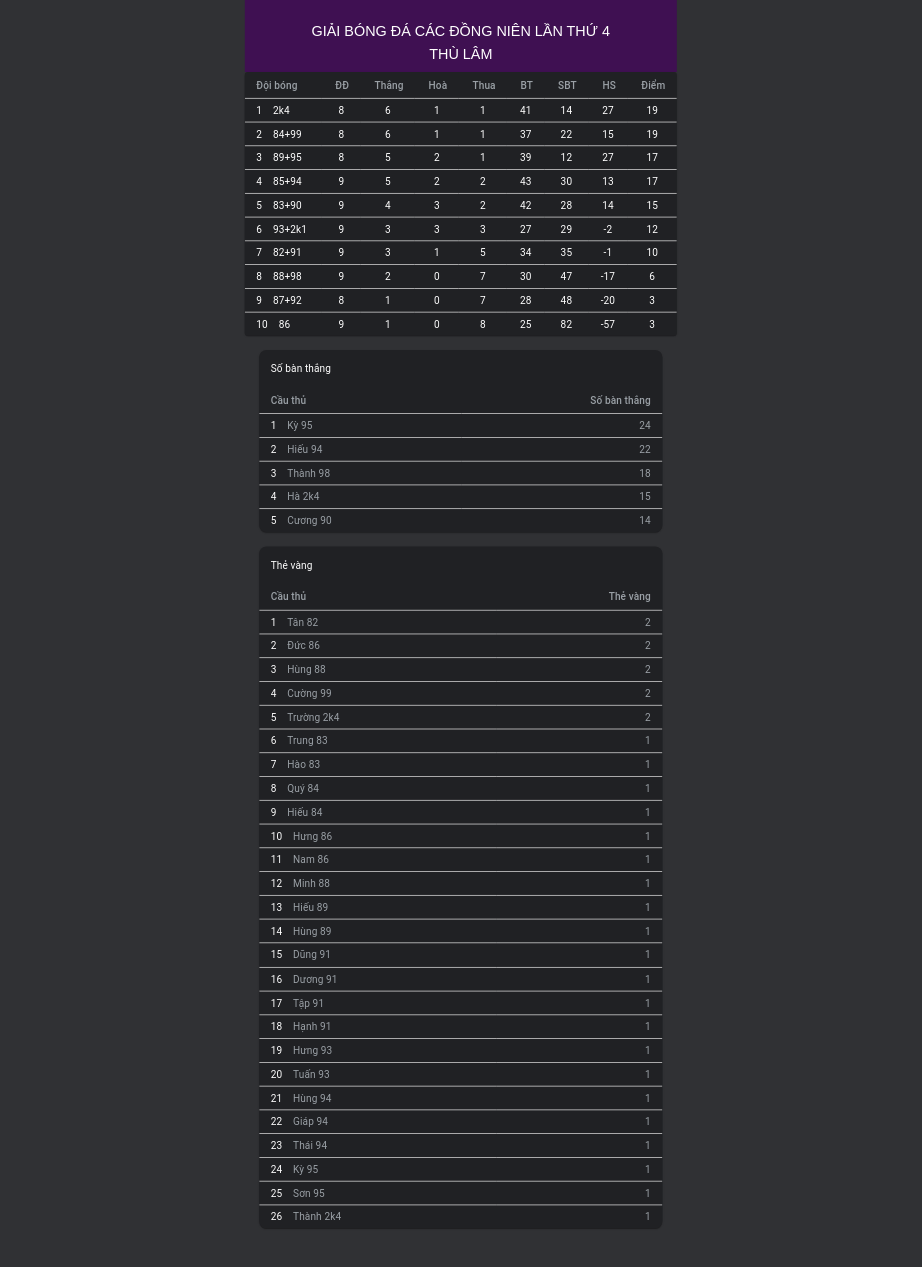
Repository: tuan842001/thulam
Page: /
The author's editor kept a copy of each file at every save. The page is drawn from the files as they stood at one save, then again after the next save.
The browser window is 1280 px wide. The pictures show the whole page, at 72% of full size.
The project was rebuilt for these pictures with package versions that can differ from the ones it lists, and the page was loaded fresh each time.

Above is the page before, as saved 2022-01-11 15:56:45.

After the next save:
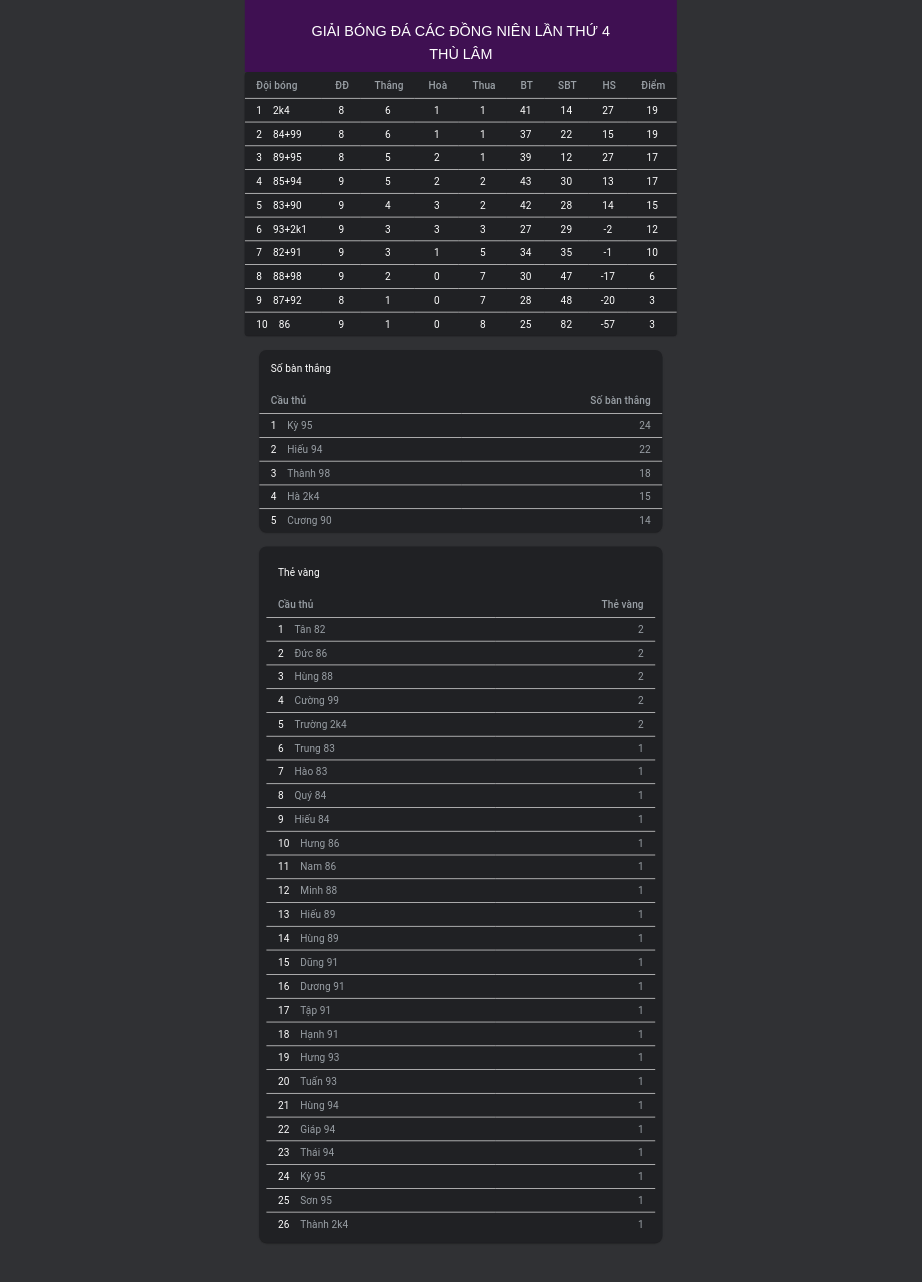
Saved 14 s later.
--- a/src/pages/card/Card.jsx
+++ b/src/pages/card/Card.jsx
@@ -54,6 +54,7 @@ export default function Card() {
         margin: "20px",
         width: "560px",
         borderRadius: "10px",
+        padding: "10px",
       }}
     >
       <TableCell style={{ color: "#FFFF", borderBottom: "none" }} align="right">
